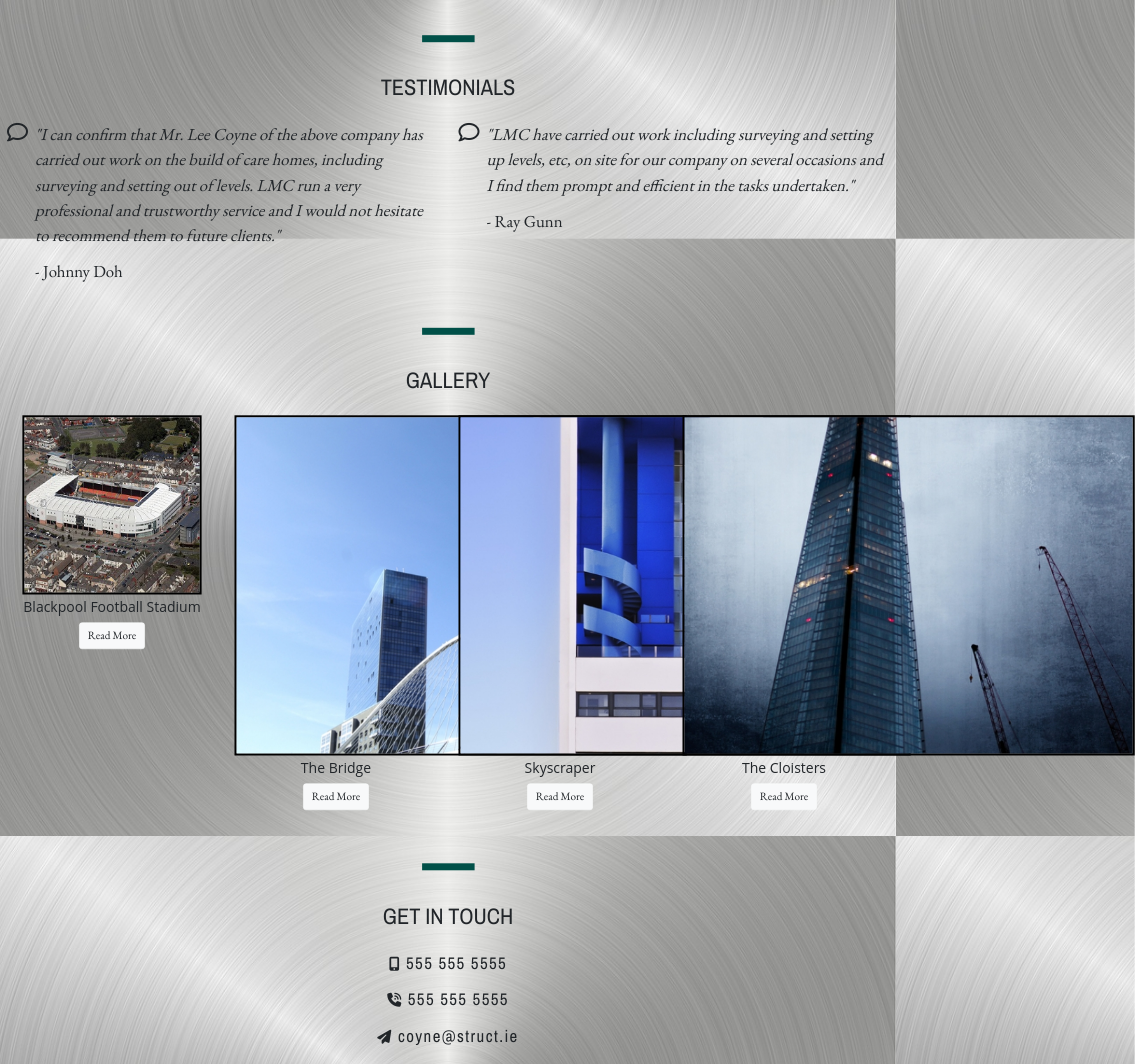
Repository: Leo-Cullen/first-milestone-project
Page: index.html
The author's editor kept a record of every edit. The page is drawn from the files as they stood at one moment, then again after the next edit.
The browser window is 1280 px wide. The page is 1621 px wide, so the pictures cover 1621 px, including what lies to the right of the window. The pictures show the part of the page from y = 1365 to 2885 px (the page is 2955 px tall), at 70% of full size.
Backgrounds fixed to the window are drawn as part of the page. Some web libraries are served in a nearby version.

Above is the page before.

### index.html
<!DOCTYPE html>
<html lang="en">

<head>
    <meta charset="UTF-8">
    <meta name="viewport" content="width=device-width, initial-scale=1.0">
    <meta http-equiv="X-UA-Compatible" content="ie=edge">
    <link rel="stylesheet" href="https://stackpath.bootstrapcdn.com/bootstrap/4.3.1/css/bootstrap.min.css" integrity="sha384-ggOyR0iXCbMQv3Xipma34MD+dH/1fQ784/j6cY/iJTQUOhcWr7x9JvoRxT2MZw1T" crossorigin="anonymous">
    <link href="https://fonts.googleapis.com/css?family=Archivo+Narrow|EB+Garamond&display=swap" rel="stylesheet">
    <link rel="stylesheet" href="assets/css/style.css" type="text/css" />
    <title>Coyne | Surveying and setting out services</title>
    <script src="https://kit.fontawesome.com/c525f812d6.js"></script>
</head>

<body>

    <nav class="navbar top-navbar navbar-expand-sm navbar-dark bg-dark fixed-top">
        <a class="navbar-brand" href="#"> COYNE </a>
        <button class="navbar-toggler" type="button" data-toggle="collapse" data-target="#navbarNav" aria-controls="navbarNav" aria-expanded="false" aria-label="Toggle navigation">
            <span class="navbar-toggler-icon"></span>
        </button>
        <div class="collapse navbar-collapse" id="navbarNav">
            <ul class="navbar-nav mr-auto">
                <li class="nav-item active">
                    <a class="active nav-link mr-2" href="#">Home <span class="sr-only">(current)</span></a>
                </li>
                <li class="nav-item mr-2">
                    <a class="nav-link" href="#about">About</a>
                </li>
                <li class="nav-item mr-2">
                    <a class="nav-link" href="#testimonials">Testimonials</a>
                </li>
                <li class="nav-item mr-2">
                    <a class="nav-link" href="#gallery-anchor">Gallery</a>
                </li>
                <li class="nav-item mr-2">
                    <a class="nav-link" href="#contact">Contact</a>
                </li>
            </ul>
            <div class="d-none d-md-block">
                <p class="navbar-text my-auto mr-2"><i>Because success is built on strong foundations.</i></p>
            </div>
        </div>
    </nav>

    <div class="container-fluid  splash-container">
        <div class="row">
            <div class="col-12">
                <section class="splash jumbotron">
                    <img src="assets/images/coyne-logo.png" width="100%" height="100%" style="margin-top:100px" />
                    <!--  -->
                </section>
            </div>
        </div>
    </div>

    <div class="container-fluid about-container content-container">
        <!-- About section -->
        <hr id="about" />
        <section class="about-section">
            <div class="row">
                <div class="col-12 page-header">
                    <h2 class="text-uppercase section-heading">About</h2>
                </div>
            </div>
            <div class="row">
                <div class="col-12 col-md-6 col-lg-4">
                    <div class="about-col">
                        <h3 class="about-heading">Who are we?</h3>
                        <p>Established in 2006 in the British Midlands as LMC Solutions LTD, we are a small but thriving company. Our three engineers have thirty years of combined experience.</p>
                        <p>We pride ourselves on providing the highest levels of quality and service. Always willing to go the extra mile with competitive prices, our excellent references and full insuarance guarantee your peace of mind.</p>
                    </div>
                </div>
                <div class="col-12 col-md-6 col-lg-4">
                    <div class="about-col">
                        <h3 class="about-heading">What do we do?</h3>
                        <p>Projects that we have worked on range from individual houses to complex steel frame structures, pedestrian schemes, highways, concrete buildings, roads, car parks, sewage plants, schools and an athletics ground.</p>
                    </div>
                </div>
                <div class="col-12 col-md-6 col-lg-4">
                    <div class="about-col">
                        <h3 class="about-heading">How do we do it?</h3>
                        <p>We use Leica robotic survey equipment to collect, process and edit survey information. Together with our CAD expertise we can supply information in AutoCAD and other major formats.</p>
                        <p>Accuracy is paramount to us. Therefore, our strict quality quality assurance procedures ensure effective checking systems are in place at all stages of the production process.</p>
                    </div>
                </div>
            </div>
        </section>
        <!-- / About section -->
    </div>
    <!-- / About container -->

    <div class="container-fluid testimonials-container content-container">
        <!-- Testimonials section -->
        <hr id="testimonials" />
        <section class="testimonials">
            <div class="row">
                <div class="col-12 page-header">
                    <h2 class="text-uppercase section-heading">Testimonials</h2>
                </div>
            </div>
            <div class="row">
                <div class="col-12 col-md-6">
                    <div class="media">
                        <i class="far fa-comment" class="mr-3"></i>
                        <blockquote class="blockquote">
                            <p class="quote">"I can confirm that Mr. Lee Coyne of the above company has carried out work on the build of care homes, including surveying and setting out of levels. LMC run a very professional and trustworthy service and I would not hesitate
                                to recommend them to future clients."</p>
                            <p>- Johnny Doh</p>
                        </blockquote>
                    </div>
                </div>
                <div class="col-12 col-md-6">
                    <div class="media">
                        <i class="far fa-comment" class="mr-3"></i>
                        <blockquote class="blockquote">
                            <p class="quote">"LMC have carried out work including surveying and setting up levels, etc, on site for our company on several occasions and I find them prompt and efficient in the tasks undertaken."</p>
                            <p>- Ray Gunn</p>
                        </blockquote>
                    </div>
                </div>
            </div>
        </section>
        <!-- / Testimonials section -->
    </div>
    <!-- / Testimonials container -->

    <!-- Gallery container -->
    <div class="container-fluid gallery-container content-container">
        <hr id="gallery-anchor" />
        <section class="gallery">
            <div class="row">
                <div class="col-12 page-header">
                    <h2 class="text-uppercase section-heading">Gallery</h2>
                </div>
            </div>
            <div class="row">
                <div class="col-md-6 col-xl-3">
                    <img src="assets/images/blackpool-250x250.jpg" />
                    <h5>Blackpool Football Stadium</h5>
                    <p><a class="btn btn-small btn-light" href="#">Read More</a></p>
                </div>
                <div class="col-md-6 col-xl-3">
                    <img src="assets/images/bridge-640x480.jpg" />
                    <h5>The Bridge</h5>
                    <p><a class="btn btn-small btn-light" href="#">Read More</a></p>
                </div>
                <div class="col-md-6 col-xl-3">
                    <img src="assets/images/appartments-640x480.jpg" />
                    <h5>Skyscraper</h5>
                    <p><a class="btn btn-small btn-light" href="#">Read More</a></p>
                </div>
                <div class="col-md-6 col-xl-3">
                    <img src="assets/images/skyscraper-640x480.jpg" />
                    <h5>The Cloisters</h5>
                    <p><a class="btn btn-small btn-light" href="#">Read More</a></p>
                </div>
            </div>
        </section>
    </div>
    <!-- / Gallery container -->

    <!-- Contact container -->
    <div class="container-fluid contact-container content-container">
        <hr id="contact" />
        <section class="contact">
            <div class="row">
                <div class="col-12 page-header">
                    <h2 class="text-uppercase section-heading">Get in Touch</h2>
                    <p><i class="fas fa-mobile-alt"></i> 555 555 5555</p>
                    <p><i class="fas fa-phone-volume"></i> 555 555 5555</p>
                    <p><i class="fas fa-paper-plane"></i> coyne@struct.ie</p>
                </div>
            </div>
        </section>
    </div>
    <!-- / Contact container -->

    <!-- Footer -->
    <nav class="navbar navbar-expand-sm navbar-dark bg-dark">
        <a class="navbar-brand" href="#">COYNE</a>

        <ul class="navbar-nav mr-auto">
            <li class="nav-item">
                <a class="nav-link" href="#">Facebook</a>
            </li>
            <li class="nav-item">
                <a class="nav-link" href="#">LinkedIn</a>
            </li>
            <li class="nav-item">
                <a class="nav-link disabled" href="#"></a>
            </li>
        </ul>
    </nav>
    <!-- / Footer -->

    <script src="https://code.jquery.com/jquery-3.3.1.slim.min.js" integrity="sha384-q8i/X+965DzO0rT7abK41JStQIAqVgRVzpbzo5smXKp4YfRvH+8abtTE1Pi6jizo" crossorigin="anonymous"></script>
    <script src="https://cdnjs.cloudflare.com/ajax/libs/popper.js/1.14.7/umd/popper.min.js" integrity="sha384-UO2eT0CpHqdSJQ6hJty5KVphtPhzWj9WO1clHTMGa3JDZwrnQq4sF86dIHNDz0W1" crossorigin="anonymous"></script>
    <script src="https://stackpath.bootstrapcdn.com/bootstrap/4.3.1/js/bootstrap.min.js" integrity="sha384-JjSmVgyd0p3pXB1rRibZUAYoIIy6OrQ6VrjIEaFf/nJGzIxFDsf4x0xIM+B07jRM" crossorigin="anonymous"></script>

</body>

</html>

### assets/css/style.css
body {
    font-family: "Open Sans", sans-serif;
    background: url(../images/circular-metal-960x720.jpg) no-repeat center center fixed;
    -webkit-background-size: cover;
    -moz-background-size: cover;
    -o-background-size: cover;
    background-size: cover;

    margin: 0px;

}

h1,h2,h3 {
    font-family: 'Archivo Narrow', sans-serif;
}

p {
    font-family: 'EB Garamond', serif;
    font-size: x-large;
}

.icon {
    margin: 0 5px 0;
}

.navbar-brand {
    font-weight: bold;
}

.top-navbar a {
    font-weight: bold;
}

.page-header {
    margin-top: 0;
    margin-bottom: 0;
    text-align: center;
}

.page-header h2 {
    margin-top: 30px;
    margin-bottom: 30px;
}

hr {
    width: 75px;
    height: 10px;
    border: 0;
    background-color: #005048; /* dark green */
}

.section-heading {
    text-align: center;
}

.content-container {
    margin-bottom: 20px;
}

.splash-container {
     height: 100vh;
    display: flex;
    align-items: center;
    justify-content: center;
    position: relative;
}


.jumbotron {
    background-color: transparent;
}

.about-container {
    padding: 10px;
}

.about-col {
    padding-top: 20px;
    padding-right: 20px;
}

.about-heading {
    text-align: center;
}

.about-col p {
    text-align: justify;
}

.testimonials-container {
    margin-top: 20px;
    padding: 10px;
}

.quote {
    font-style: italic;
}

.testimonials i {
    font-size: 30px;
    margin-right: 10px;
}

.gallery-container {
    text-align: center;
}

.gallery-container img {
    border: solid 3px #000;
}

.gallery-container h5 {
    padding-top: 6px;
}

.gallery-container p {
    margin-bottom: 30px;
}

.contact-container {
    padding: 10px;
    text-align: center;
    padding-bottom: 0;
}

.img-responsive {
    max-width: 90%;
}

.contact-container i {
    font-size: 20px;
}

.contact-container p {
    font-family: 'Archivo Narrow', sans-serif;
    font-size: 24px;
    letter-spacing: 2px;
}

.bottom-navbar {
    margin: 0;
    letter-spacing: 2px;
}

After the next edit:
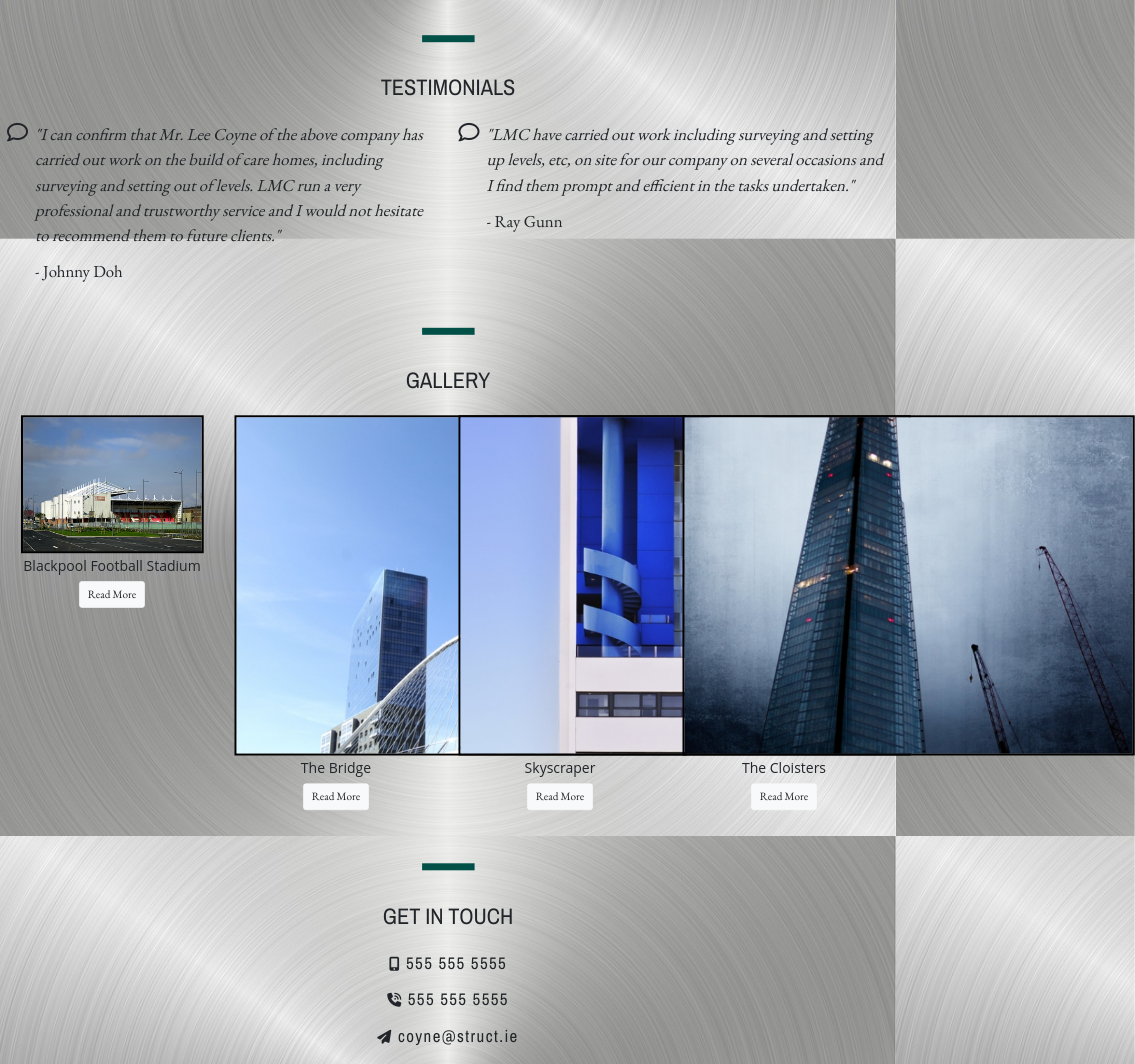
The edit:
--- a/index.html
+++ b/index.html
@@ -136,7 +136,7 @@
             </div>
             <div class="row">
                 <div class="col-md-6 col-xl-3">
-                    <img src="assets/images/blackpool-250x250.jpg" />
+                    <img class="img-responsive" src="assets/images/blackpool-fc.jpg" />
                     <h5>Blackpool Football Stadium</h5>
                     <p><a class="btn btn-small btn-light" href="#">Read More</a></p>
                 </div>
